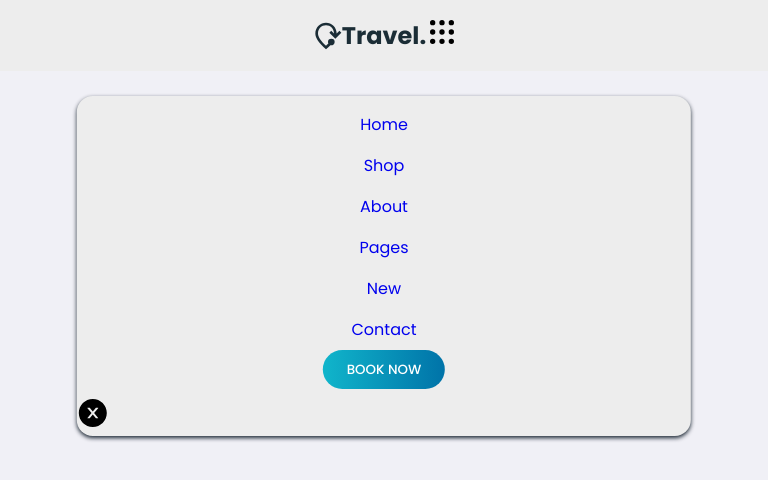
Repository: tungts3qb/TravelWebsite
Page: /
These files come from the project's save history. The page is drawn as it stood at one moment and after the next save; the edit follows.
The browser window is 768 px wide. The pictures show the whole page.
The project was rebuilt for these pictures with package versions that can differ from the ones it lists, and the page was loaded fresh each time. Also part of the build but not shown: src/Components/Home/home.css, src/Components/Home/Home.jsx, src/Components/Main/main.css, src/Components/Main/Main.jsx, src/Components/Footer/footer.css, src/Components/Footer/Footer.jsx.

Above is the page before, as saved 2023-03-21 15:29:47.

### src/App.js
import React from "react";
import "./app.css";
import Navbar from "./Components/Navbar/Navbar";
import Home from "./Components/Home/Home";
import Main from "./Components/Main/Main";
import Footer from "./Components/Footer/Footer";

const App = () => {
  return (
    <>
      <Navbar />
      {/* <Home></Home>
      <Main></Main>
      <Footer></Footer> */}
    </>
  );
};

export default App;

### src/App.css
@import url("https://fonts.googleapis.com/css2?family=Poppins:wght@300;400;500;600;700&display=swap");

* {
  padding: 0;
  margin: 0;
  box-sizing: border-box;
  font-family: "Poppins", sans-serif;
}

:root {
  --PrimaryColor: hsl(199, 100%, 33%);
  --SecondaryColor: hsl(187, 85%, 43%);
  --gradientColor: linear-gradient(
    to right,
    hsl(187, 85%, 43%),
    hsl(199, 100%, 33%)
  );
  --whiteColor: hsl(0, 0%, 100%);
  --blackColor: hsl(201, 33%, 16%);
  --textColor: hsl(240, 4%, 36%);
  --whiteColorDeam: hsl(0, 0%, 93%);
  --greyText: rgb(190, 190, 190);
  --inputColor: rgb(239, 239, 239);
  --bodyColor: rgb(240, 240, 246);
  --cardBG: rgb(255, 255, 235);
}

a {
  text-decoration: none;
}

li {
  list-style: none;
}

.section {
  padding: 4rem 0 2rem;
}

.container {
  padding-left: 1.5rem;
  padding-right: 1.5rem;
}

.icon {
  font-size: 2rem;
  cursor: pointer;
}

.flex {
  display: flex;
  align-items: center;
}

.grid {
  display: grid;
  align-items: center;
}

.btn {
  padding: 0.6rem 1.5rem;
  background: var(--gradientColor);
  border-radius: 3rem;
  border: none;
  outline: none;
  cursor: pointer;
}

.btn a {
  color: var(--whiteColor);
  font-weight: 500;
}

.btn:hover {
  background: var(--SecondaryColor);
}

img,
video {
  width: 100%;
  height: auto;
}

input {
  font-size: 100%;
}

body {
  background: var(--bodyColor);
}

### src/Components/Navbar/Navbar.jsx
import React from "react";
import "./navbar.css";
import { MdOutlineModeOfTravel } from "react-icons/md";
import { AiFillCloseCircle } from "react-icons/ai";
import { TbGridDots } from "react-icons/tb";

const Navbar = () => {
  return (
    <section className="navBarSection">
      <header className="header flex">
        <div className="logoDiv">
          <a href="#" className="logo flex">
            <MdOutlineModeOfTravel className="icon" />
            <h1>Travel.</h1>
          </a>
        </div>

        <div className="navBar">
          <ul className="navLists flex">
            <li className="navItem">
              <a href="#" className="navLink">
                Home
              </a>
            </li>

            <li className="navItem">
              <a href="#" className="navLink">
                Shop
              </a>
            </li>

            <li className="navItem">
              <a href="#" className="navLink">
                About
              </a>
            </li>

            <li className="navItem">
              <a href="#" className="navLink">
                Pages
              </a>
            </li>

            <li className="navItem">
              <a href="#" className="navLink">
                New
              </a>
            </li>

            <li className="navItem">
              <a href="#" className="navLink">
                Contact
              </a>
            </li>

            <button className="btn">
              <a href="#">BOOK NOW</a>
            </button>
          </ul>
          <div className="closeNavBar">
            <AiFillCloseCircle className="icon" />
          </div>
        </div>

        <div className="toggleNavbar">
          <TbGridDots className="icon" />
        </div>
      </header>
    </section>
  );
};

export default Navbar;

### src/Components/Navbar/navbar.css
:root {
  --PrimaryColor: hsl(199, 100%, 33%);
  --SecondaryColor: hsl(187, 85%, 43%);
  --gradientColor: linear-gradient(
    to right,
    hsl(187, 85%, 43%),
    hsl(199, 100%, 33%)
  );
  --whiteColor: hsl(0, 0%, 100%);
  --blackColor: hsl(201, 33%, 16%);
  --textColor: hsl(240, 4%, 36%);
  --whiteColorDeam: hsl(0, 0%, 93%);
  --greyText: rgb(190, 190, 190);
  --inputColor: rgb(239, 239, 239);
  --bodyColor: rgb(240, 240, 246);
  --cardBG: rgb(255, 255, 235);
}

.header {
  position: fixed;
  display: flex;
  align-items: center;
  justify-content: center;
  background: var(--whiteColorDeam);
  width: 100%;
  padding: 1rem;
  z-index: 1000;
}
.header .logo {
  color: var(--blackColor);
}
@media screen and (max-width: 768px) {
  .header .navBar {
    position: absolute;
    background-color: var(--whiteColorDeam);
    height: -moz-max-content;
    height: max-content;
    width: 80%;
    border-radius: 1rem;
    top: 6rem;
    left: 50%;
    transform: translateX(-50%);
    z-index: 2000;
    box-shadow: 0 2px 4px rgba(2, 15, 29, 0.904);
    transition: 0.3s ease-in-out;
  }
  .header .navBar .navLists {
    flex-direction: column;
    justify-content: center;
    width: 100%;
    margin: auto;
    padding: 0.5rem 0;
  }
  .header .navBar .navLists .navItem {
    padding: 0.5rem 0;
  }
}/*# sourceMappingURL=navbar_20230321152947.css.map */

Loaded but not shown: public/index.html (common file); src/index.js (common file)

After the next save:
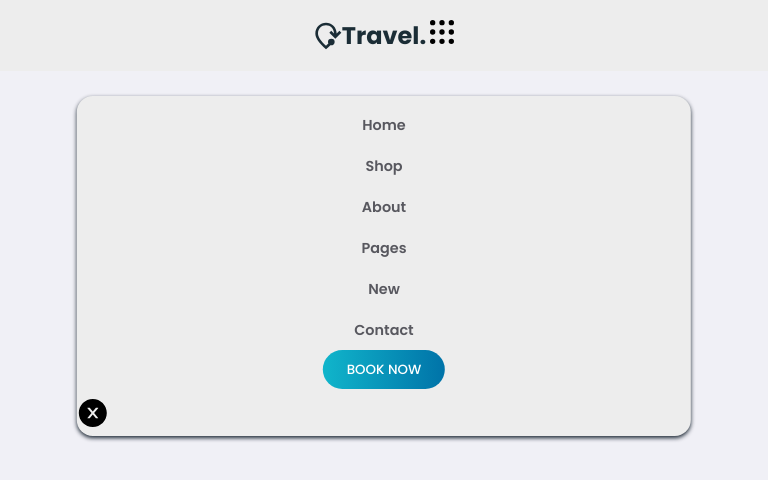
Saved 74 s later.
--- a/src/Components/Navbar/navbar.css
+++ b/src/Components/Navbar/navbar.css
@@ -54,4 +54,9 @@
   .header .navBar .navLists .navItem {
     padding: 0.5rem 0;
   }
-}/*# sourceMappingURL=navbar_20230321152947.css.map */
+  .header .navBar .navLists .navItem .navLink {
+    color: var(--textColor);
+    font-size: 0.9rem;
+    font-weight: 600;
+  }
+}/*# sourceMappingURL=navbar_20230321153101.css.map */
